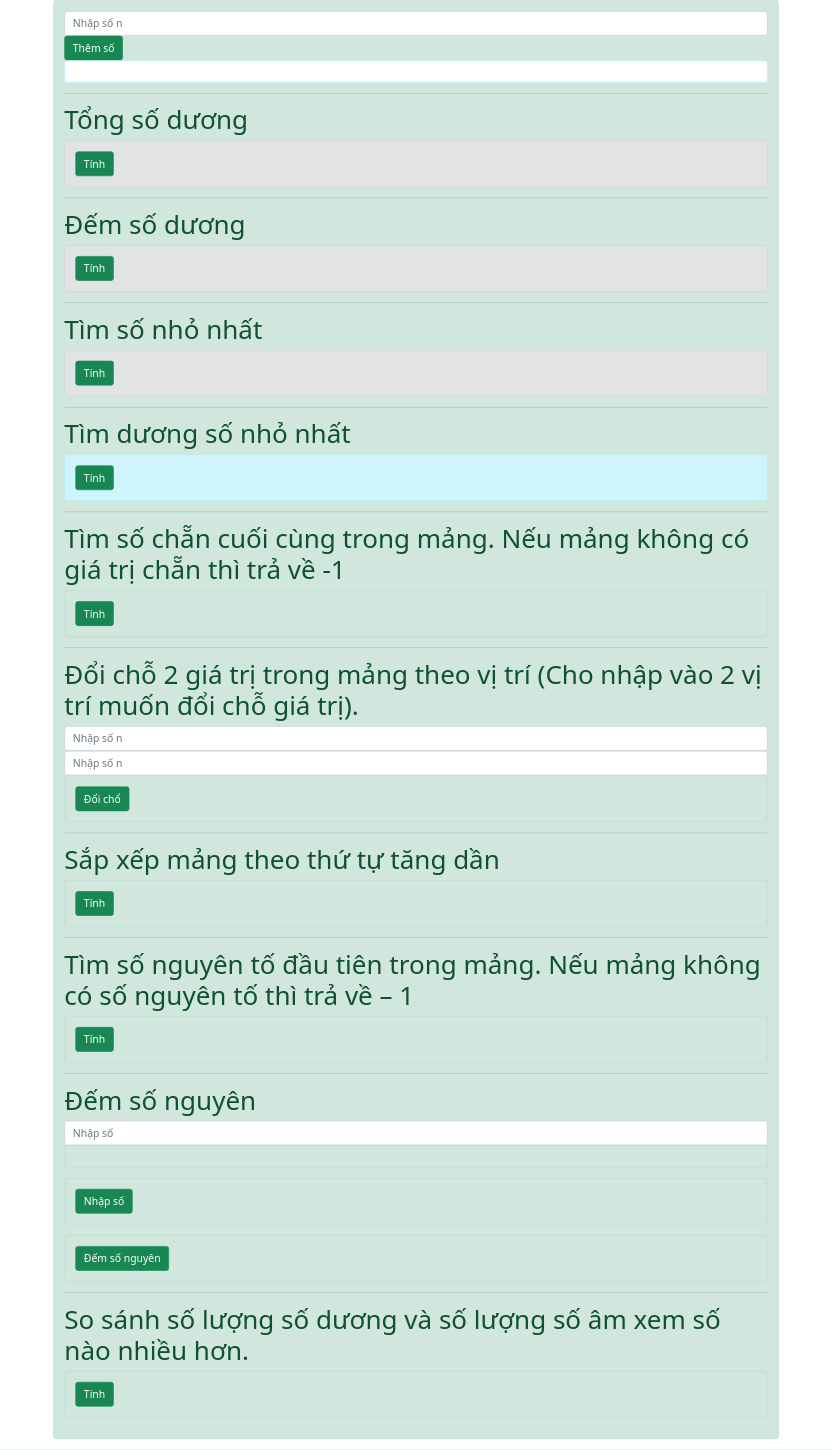
Repository: qkhanh1104k/Js-buoi7-8
Page: index.html
An editor plug-in stored every save of this project. The page is shown before and after the next save, followed by the edit.
The browser window is 1280 px wide. The pictures show the whole page, at 65% of full size.

Above is the page before, as saved 2022-07-27 19:15:05.

After the next save:
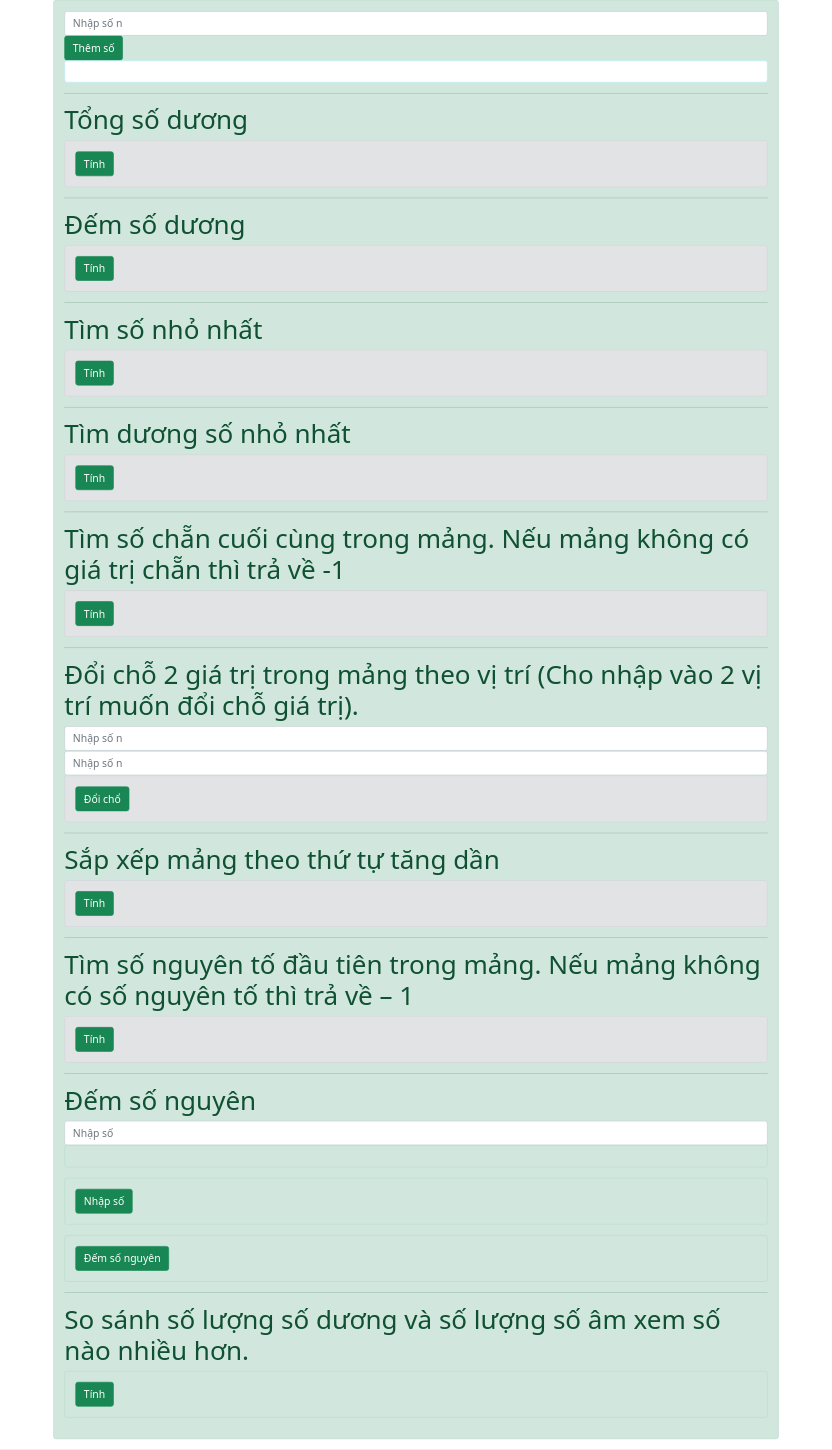
Saved 32 s later.
--- a/index.html
+++ b/index.html
@@ -58,7 +58,7 @@
           <hr />
           <h1>Tìm dương số nhỏ nhất</h1>
           <div>
-            <div class="alert alert-info" id="resBt5">
+            <div class="alert alert-secondary" id="resBt5">
               <button class="btn btn-success" onclick="calcTheSmallestNev()">
                 Tính
               </button>
@@ -71,7 +71,7 @@
             trả về -1
           </h1>
           <div>
-            <div class="alert alert-success" id="resBt6">
+            <div class="alert alert-secondary" id="resBt6">
               <button class="btn btn-success" onclick="findLastEven()">
                 Tính
               </button>
@@ -96,7 +96,7 @@
               id="txtNumBt62"
               class="form-control"
             />
-            <div class="alert alert-success" id="resBt7">
+            <div class="alert alert-secondary" id="resBt7">
               <button class="btn btn-success" onclick="swappedNum()">
                 Đổi chổ
               </button>
@@ -106,7 +106,7 @@
           <hr>
           <h1>Sắp xếp mảng theo thứ tự tăng dần</h1>
           <div>
-            <div class="alert alert-success" id="resBt8">
+            <div class="alert alert-secondary" id="resBt8">
               <button class="btn btn-success" onclick="rangeMoveUp()">Tính</button>
             </div>
           </div>
@@ -116,7 +116,7 @@
             Tìm số nguyên tố đầu tiên trong mảng. Nếu mảng không có số nguyên tố thì trả về – 1
           </h1>
           <div>
-            <div class="alert alert-success" id="resBt9">
+            <div class="alert alert-secondary" id="resBt9">
               <button class="btn btn-success" onclick="findFirst()">
                 Tính
               </button>
